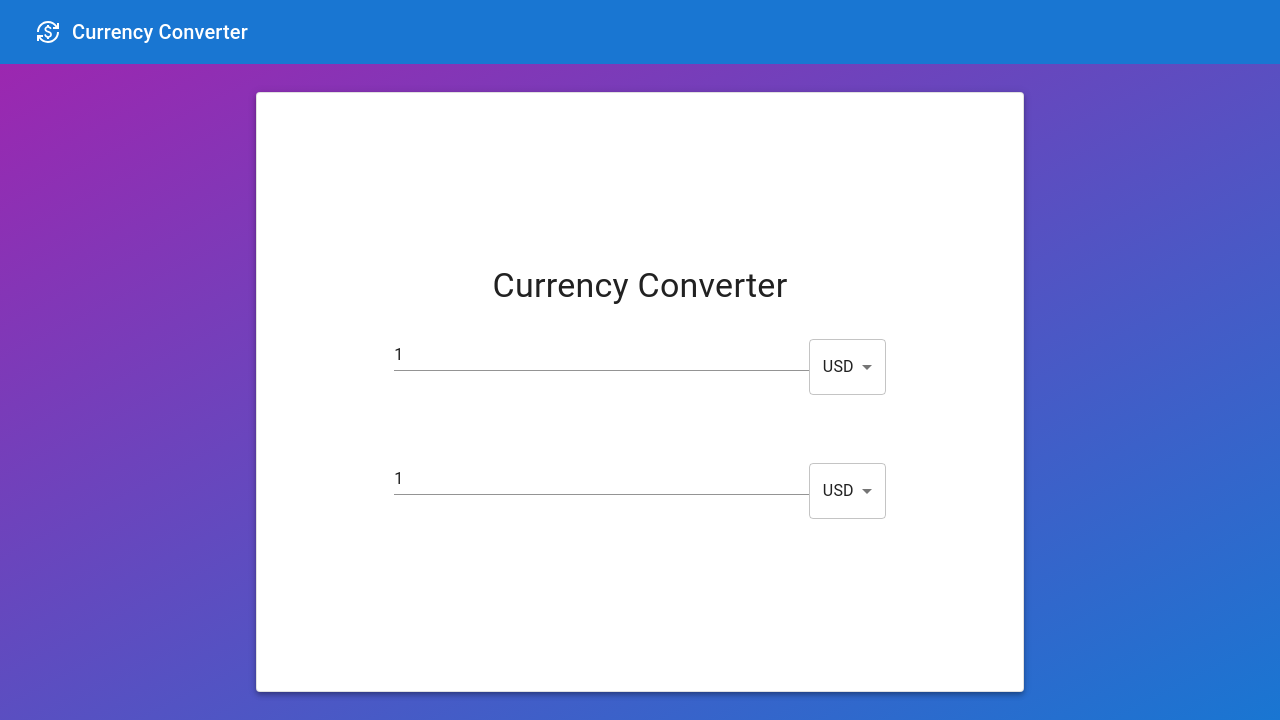
Repository: rutsguifd/currency-converter
Page: /
These files come from the project's save history. The page is drawn as it stood at one moment and after the next save; the edit follows.
The browser window is 1280 px wide. The pictures show the whole page.
The project was rebuilt for these pictures with package versions that can differ from the ones it lists, and the page was loaded fresh each time.

Above is the page before, as saved 2023-03-28 17:38:18.

### src/index.js
import { CssBaseline } from "@mui/material";
import React from "react";
import ReactDOM from "react-dom/client";
import { Provider } from "react-redux";
import { BrowserRouter } from "react-router-dom";
import App from "./App";
import { setupStore } from "./store";

const store = setupStore();

const root = ReactDOM.createRoot(document.getElementById("root"));
root.render(
  <Provider store={store}>
    <BrowserRouter>
      <CssBaseline>
        <App />
      </CssBaseline>
    </BrowserRouter>
  </Provider>
);

### src/App.js
import AppRouter from "./router/AppRouter";

function App() {
  return (
    <>
      <AppRouter />
    </>
  );
}

export default App;

### src/store/index.js
import { combineReducers, configureStore } from "@reduxjs/toolkit";
import { ConverterAPI } from "./ConverterService";

const rootReducer = combineReducers({
  [ConverterAPI.reducerPath]: ConverterAPI.reducer,
});

export const setupStore = () => {
  return configureStore({
    reducer: rootReducer,
    middleware: (getDefaultMiddleware) =>
      getDefaultMiddleware().concat(ConverterAPI.middleware),
  });
};

### src/router/AppRouter.jsx
import React from "react";
import { Route, Routes } from "react-router-dom";
import HomePage from "../pages/HomePage";

const AppRouter = () => {
  return (
    <Routes>
      <Route path="/" element={<HomePage />} />
    </Routes>
  );
};

export default AppRouter;

### src/store/ConverterService.js
import { createApi, fetchBaseQuery } from "@reduxjs/toolkit/dist/query/react";

const BASE_URL = "https://api.apilayer.com/exchangerates_data/";

const BASE_QUERY = fetchBaseQuery({
  baseUrl: BASE_URL,
  prepareHeaders: (headers) => {
    headers.set("apikey", "3yTPGVUhUYyAGGgNkKb2MySzxmY4qcWi");
    return headers;
  },
});

export const ConverterAPI = createApi({
  reducerPath: "ConverterAPI",
  baseQuery: BASE_QUERY,
  tagTypes: ["ConverterAPI"],
  endpoints: (build) => ({
    getLatestCurrency: build.query({
      query: ({ symbols, base }) => `latest?symbols=${symbols}&base=${base}`,
    }),
    getConvertedCurrency: build.query({
      query: ({ to, from, amount }) =>
        `convert?to=${to}&from=${from}&amount=${amount}`,
    }),
  }),
});

### src/pages/HomePage.jsx
import React from "react";
import ConvertContainer from "../components/ConvertContainer";
import MainLayout from "../layout/MainLayout";

const HomePage = () => {
  return (
    <MainLayout>
      <ConvertContainer />
    </MainLayout>
  );
};

export default HomePage;

### src/components/ConvertContainer.jsx
import { Container, useTheme } from "@mui/material";
import React from "react";
import Convert from "./Convert";

const ConvertContainer = () => {
  const theme = useTheme();

  return (
    <Container
      maxWidth={false}
      disableGutters
      sx={{
        display: "flex",
        justifyContent: "center",
        alignItems: "center",
        minHeight: "calc(100vh - 64px)",
        background: `linear-gradient(to right bottom, ${theme.palette.secondary.main},  ${theme.palette.primary.main})`,
      }}
    >
      <Convert />
    </Container>
  );
};

export default ConvertContainer;

### src/layout/MainLayout.jsx
import React from "react";
import Header from "../components/Header";

const MainLayout = ({ children }) => {
  return (
    <>
      <Header />
      {children}
    </>
  );
};

export default MainLayout;

### src/components/Convert.jsx
import {
  Alert,
  Box,
  LinearProgress,
  MenuItem,
  Paper,
  Select,
  TextField,
  Typography,
} from "@mui/material";
import React, { useState } from "react";
import useDebounce from "../hooks/useDebounce";
import { ConverterAPI } from "../store/ConverterService";

const Convert = () => {
  const debouncedFromAmount = useDebounce(getFromAmount, 500);
  const debouncedToAmount = useDebounce(getToAmount, 500);

  const [currentFromCurrency, setCurrentFromCurrency] = useState("USD");
  const [currentToCurrency, setCurrentToCurrency] = useState("USD");

  const [fromAmount, setFromAmount] = useState(1);
  const [trigger, { isError, isLoading, error }] =
    ConverterAPI.useLazyGetConvertedCurrencyQuery();
  const [toAmount, setToAmount] = useState(1);

  async function getFromAmount(to, from, amount) {
    const res = await trigger({
      to,
      from,
      amount,
    }).unwrap();
    setToAmount(res.result);
  }

  async function getToAmount(to, from, amount) {
    const res = await trigger({
      to,
      from,
      amount,
    }).unwrap();
    setFromAmount(res.result);
  }

  const handleFromChange = (e) => {
    setFromAmount(e.target.value);
    debouncedFromAmount(currentToCurrency, currentFromCurrency, e.target.value);
  };

  const handleToChange = async (e) => {
    setToAmount(e.target.value);
    debouncedToAmount(currentFromCurrency, currentToCurrency, e.target.value);
  };

  const handleFromSelect = (e) => {
    setCurrentFromCurrency(e.target.value);
    getToAmount(e.target.value, currentToCurrency, toAmount);
  };
  const handleToSelect = (e) => {
    setCurrentToCurrency(e.target.value);
    getFromAmount(e.target.value, currentFromCurrency, fromAmount);
  };
  return (
    <Paper
      variant="outlined"
      sx={{
        p: 4,
        display: "flex",
        flexDirection: "column",
        alignItems: "center",
        justifyContent: "center",
        width: "60vw",
        minWidth: "400px",
        height: "60vh",
        minHeight: "600px",
        gap: 4,
        boxShadow: 4,
      }}
    >
      <Typography variant="h4">Currency Converter</Typography>
      {isError ? (
        <Alert severity="error">{error.data.error.message}</Alert>
      ) : null}
      <Box display="flex" flexDirection="row" width="70%">
        <TextField
          onChange={handleFromChange}
          value={fromAmount}
          variant="standard"
          sx={{ width: "100%" }}
        />
        <Select
          id="demo-simple-select"
          value={currentFromCurrency}
          onChange={handleFromSelect}
        >
          <MenuItem value="UAH">UAH</MenuItem>
          <MenuItem value="USD">USD</MenuItem>
          <MenuItem value="EUR">EUR</MenuItem>
        </Select>
      </Box>
      <Box sx={{ width: "100%" }}>
        <LinearProgress sx={{ visibility: isLoading ? "visible" : "hidden" }} />
      </Box>
      <Box display="flex" flexDirection="row" width="70%">
        <TextField
          onChange={handleToChange}
          value={toAmount}
          variant="standard"
          sx={{ width: "100%" }}
        />
        <Select
          id="demo-simple-select"
          value={currentToCurrency}
          onChange={handleToSelect}
        >
          <MenuItem value="UAH">UAH</MenuItem>
          <MenuItem value="USD">USD</MenuItem>
          <MenuItem value="EUR">EUR</MenuItem>
        </Select>
      </Box>
    </Paper>
  );
};

export default Convert;

### src/components/Header.jsx
import {
  AppBar,
  Box,
  CircularProgress,
  IconButton,
  Toolbar,
  Typography,
} from "@mui/material";
import CurrencyExchangeIcon from "@mui/icons-material/CurrencyExchange";
import EuroSymbolIcon from "@mui/icons-material/EuroSymbol";
import AttachMoneyIcon from "@mui/icons-material/AttachMoney";
import React from "react";
import { ConverterAPI } from "../store/ConverterService";
import { useNavigate } from "react-router-dom";

const Header = () => {
  const navigate = useNavigate();

  //   const {
  //     data: USDData,
  //     error: USDError,
  //     isLoading: USDLoading,
  //   } = ConverterAPI.useGetLatestCurrencyQuery({
  //     symbols: "UAH",
  //     base: "USD",
  //   });
  //   const {
  //     data: EURData,
  //     error: EURError,
  //     isLoading: EURLoading,
  //   } = ConverterAPI.useGetLatestCurrencyQuery({
  //     symbols: "UAH",
  //     base: "EUR",
  //   });
  //   if (USDError || EURError) {
  //     return navigate("/error");
  //   }
  return (
    <Box sx={{ flexGrow: 1 }}>
      <AppBar position="static">
        <Toolbar>
          <IconButton size="large" color="inherit">
            <CurrencyExchangeIcon />
          </IconButton>
          <Typography variant="h6" component="div" sx={{ flexGrow: 1 }}>
            Currency Converter
          </Typography>
          {/* <Box margin={2} display="flex" flexDirection="row">
            <EuroSymbolIcon />
            {EURLoading ? (
              <CircularProgress />
            ) : (
              <Typography>{EURData.rates.UAH}</Typography>
            )}
          </Box>
          <Box margin={2} display="flex" flexDirection="row">
            <AttachMoneyIcon />
            {USDLoading ? (
              <CircularProgress />
            ) : (
              <Typography>{USDData.rates.UAH}</Typography>
            )}
          </Box> */}
        </Toolbar>
      </AppBar>
    </Box>
  );
};

export default Header;

### src/hooks/useDebounce.js
import { useCallback, useRef } from "react";

export default function useDebounce(callback, delay) {
  const timer = useRef();

  const debouncedCallback = useCallback(
    (...args) => {
      if (timer.current) {
        clearTimeout(timer.current);
      }
      timer.current = setTimeout(() => {
        callback(...args);
      }, delay);
    },
    [callback, delay]
  );

  return debouncedCallback;
}

Loaded but not shown: public/index.html (common file)

After the next save:
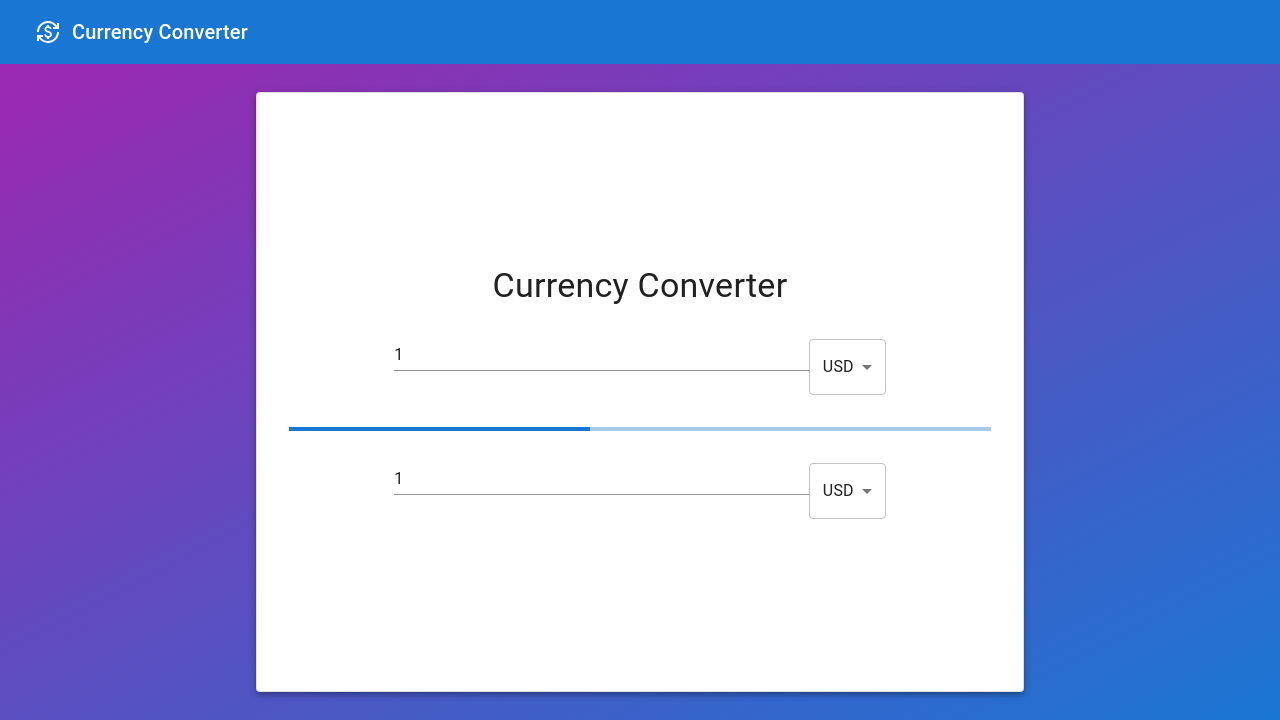
Saved 13 s later.
--- a/src/components/Convert.jsx
+++ b/src/components/Convert.jsx
@@ -99,7 +99,7 @@ const Convert = () => {
         </Select>
       </Box>
       <Box sx={{ width: "100%" }}>
-        <LinearProgress sx={{ visibility: isLoading ? "visible" : "hidden" }} />
+        <LinearProgress />
       </Box>
       <Box display="flex" flexDirection="row" width="70%">
         <TextField
